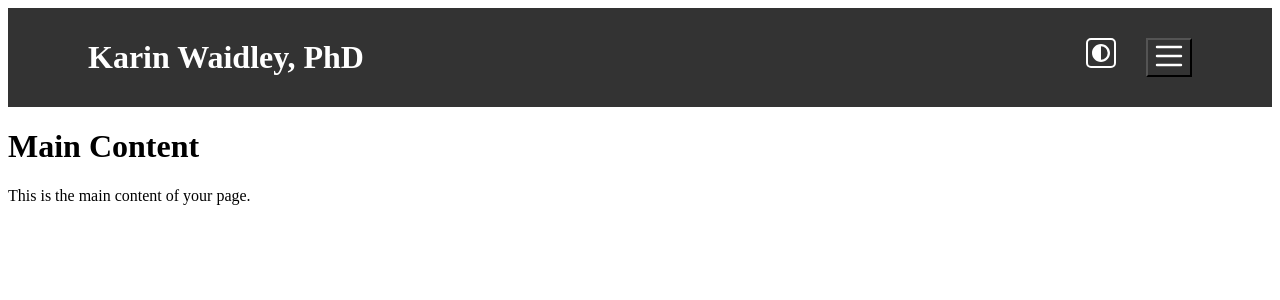
Repository: Ceasor7/Karin
Page: test.html
The author's editor kept a copy of each file at every save. The page is drawn from the files as they stood at one save, then again after the next save.
The browser window is 1280 px wide. The pictures show the whole page.

Above is the page before, as saved 2023-12-15 17:42:31.

After the next save:
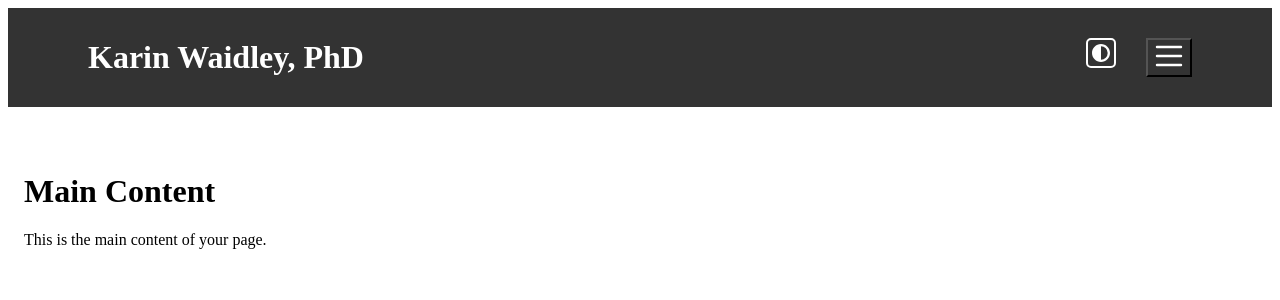
Saved 18 s later.
--- a/test.html
+++ b/test.html
@@ -83,6 +83,16 @@
             font-size: 36px;
             margin-left: 50px;
         }
+
+        #main {
+            transition: margin-right .5s;
+            padding: 16px;
+        }
+
+        /* Style for content */
+        .content {
+            margin-top: 50px;
+        }
     </style>
 </head>
 
